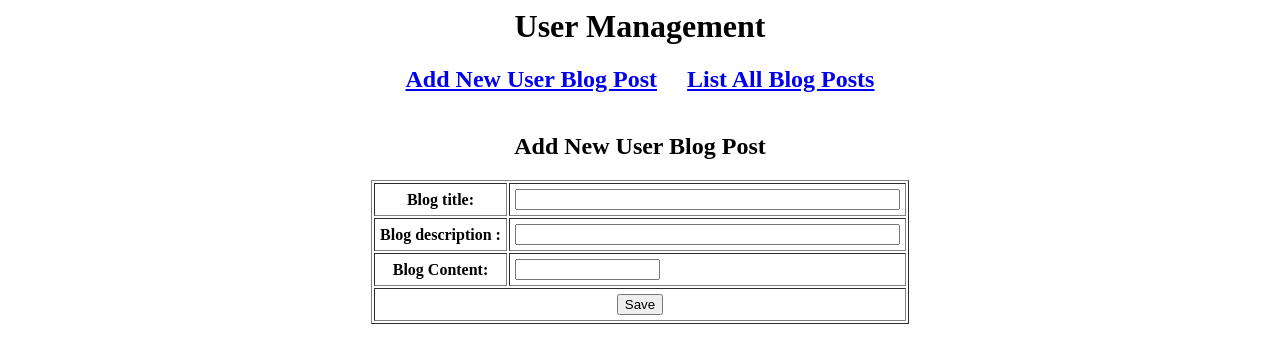
Repository: samadrita-Chatterjee/Java30Project
Page: http://localhost/MVCWebApp17/new
An editor plug-in stored every save of this project. The page is shown before and after the next save, followed by the edit.
The browser window is 1280 px wide. The pictures show the whole page.
The page is served by Tomcat 9.

Above is the page before, as saved 2023-05-30 04:51:35.

After the next save:
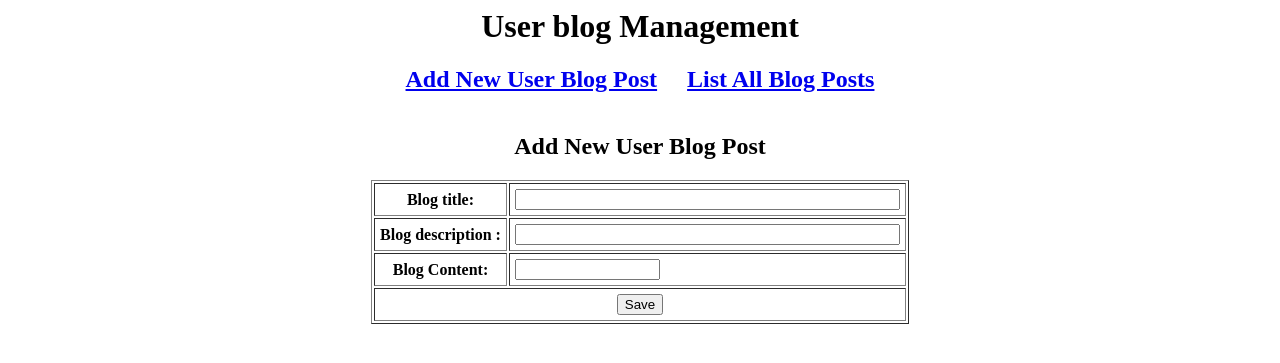
Saved 30 min 12 s later.
--- a/MVCWebApp17/src/main/webapp/user-form.jsp
+++ b/MVCWebApp17/src/main/webapp/user-form.jsp
@@ -3,11 +3,11 @@
 <%@ taglib uri="http://java.sun.com/jsp/jstl/core" prefix="c" %>
 <html>
 <head>
-	<title>User Management Application</title>
+	<title>User  blog Management Application</title>
 </head>
 <body>
 	<center>
-		<h1>User Management</h1>
+		<h1>User blog Management</h1>
         <h2>
         	<a href="new">Add New User Blog Post</a>
         	&nbsp;&nbsp;&nbsp;
@@ -17,7 +17,7 @@
 	</center>
     <div align="center">
 		<c:if test="${user != null}">
-			<form action="search" method="post">
+			<form action="update" method="post">
         </c:if>
 
         <c:if test="${user == null}">
@@ -27,7 +27,7 @@
             <caption>
             	<h2>
             		<c:if test="${user != null}">
-            			List All Blog Posts
+            			Edit User Blog Posts
             		</c:if>
             		<c:if test="${user == null}">
             			Add New User Blog Post
